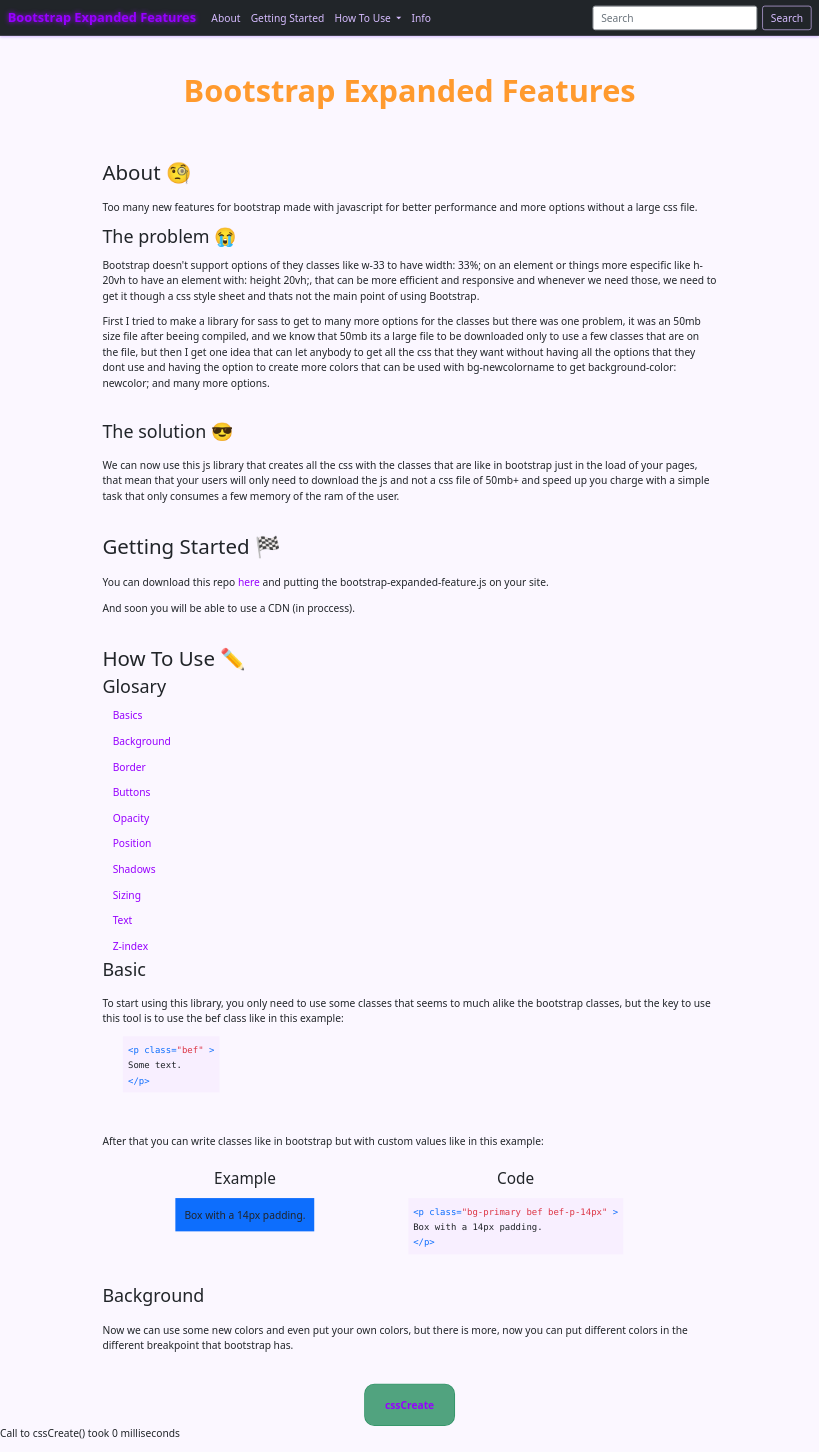
Repository: LynxPardelle/bootstrap-expanded-features
Page: index.html
An editor plug-in stored every save of this project. The page is shown before and after the next save, followed by the edit.
The browser window is 1280 px wide. The pictures show the whole page, at 64% of full size.

Above is the page before, as saved 2022-01-02 05:40:50.

### index.html
<!DOCTYPE html>
<html lang="es">
  <head>
    <meta charset="UTF-8" />
    <meta http-equiv="X-UA-Compatible" content="IE=edge" />
    <meta name="viewport" content="width=device-width, initial-scale=1.0" />
    <title>Bootstrap Expanded Features</title>
    <link
      href="https://cdn.jsdelivr.net/npm/bootstrap@5.1.3/dist/css/bootstrap.min.css"
      rel="stylesheet"
      integrity="sha384-1BmE4kWBq78iYhFldvKuhfTAU6auU8tT94WrHftjDbrCEXSU1oBoqyl2QvZ6jIW3"
      crossorigin="anonymous"
    />
    <link rel="stylesheet" href="./style.css" />
  </head>
  <body class="bef bef-bg-futurePop__OPA__0_03">
    <header>
      <nav
        class="
          navbar navbar-expand-lg navbar-dark
          bg-dark
          align-items-center
          bef
          bef-boxShadow-0px__2px__4px__lavender
          position-fixed
          top-0
          w-100
        "
      >
        <div class="container-fluid">
          <a
            class="
              navbar-brand
              bef bef-text-futurePop
              fw-bolder
              bef-textShadow-0px__0px__8px__futurePop
            "
            href="#"
            >Bootstrap Expanded Features</a
          >
          <button
            class="navbar-toggler"
            type="button"
            data-bs-toggle="collapse"
            data-bs-target="#navbarSupportedContent"
            aria-controls="navbarSupportedContent"
            aria-expanded="false"
            aria-label="Toggle navigation"
          >
            <span class="navbar-toggler-icon"></span>
          </button>
          <div class="collapse navbar-collapse" id="navbarSupportedContent">
            <ul class="navbar-nav me-auto mb-lg-0">
              <li class="nav-item">
                <a class="nav-link bef bef-text-lavender" href="#about"
                  >About</a
                >
              </li>
              <li class="nav-item">
                <a
                  class="nav-link bef bef-text-lavender"
                  href="#getting_started"
                  >Getting Started</a
                >
              </li>
              <li class="nav-item dropdown">
                <a
                  class="nav-link bef bef-text-lavender dropdown-toggle"
                  href="#howToUse"
                  id="navbarDropdown"
                  role="button"
                  data-bs-toggle="dropdown"
                  aria-expanded="false"
                >
                  How To Use
                </a>
                <ul
                  class="dropdown-menu dropdown-menu-dark"
                  aria-labelledby="navbarDropdown"
                >
                  <li>
                    <a class="dropdown-item bef bef-text-lavender" href="#"
                      >Action</a
                    >
                  </li>
                  <li>
                    <a class="dropdown-item bef bef-text-lavender" href="#"
                      >Another action</a
                    >
                  </li>
                  <li><hr class="dropdown-divider" /></li>
                  <li>
                    <a class="dropdown-item bef bef-text-lavender" href="#"
                      >Something else here</a
                    >
                  </li>
                </ul>
              </li>
              <li class="nav-item">
                <a class="nav-link bef bef-text-lavender" href="#Info">Info</a>
              </li>
            </ul>
            <form class="d-flex">
              <input
                id="searchInput"
                class="form-control me-2"
                type="search"
                placeholder="Search"
                aria-label="Search"
              />
              <button class="btn bef bef-btnOutline-lavender">Search</button>
            </form>
          </div>
        </div>
      </nav>

      <h1
        class="
          text-center
          d-block
          bef bef-w-85vw bef-w-md-75vw bef-fs-2rem bef-fs-md-3rem
          bef-m-7rem__auto__5rem
          bef-text-summer
          fw-bolder
        "
      >
        Bootstrap Expanded Features
      </h1>
    </header>

    <div>
      <main class="bef bef-w-85vw bef-wmx-1000px bef-w-md-75vw mx-auto">
        <!-- ABOUT -->
        <section>
          <a id="about"></a>
          <h2>About 🧐</h2>
          <article>
            <p class="mt-4 mb-3 text-start">
              Too many new features for bootstrap made with javascript for
              better performance and more options without a large css file.
            </p>
          </article>
          <!-- THE_PROBLEM -->
          <article>
            <h3>The problem 😭</h3>
            <p class="my-3 text-start">
              Bootstrap doesn't support options of they classes like w-33 to
              have width: 33%; on an element or things more especific like
              h-20vh to have an element with: height 20vh;, that can be more
              efficient and responsive and whenever we need those, we need to
              get it though a css style sheet and thats not the main point of
              using Bootstrap.
            </p>
            <p class="mt-3 mb-5 text-start">
              First I tried to make a library for sass to get to many more
              options for the classes but there was one problem, it was an 50mb
              size file after beeing compiled, and we know that 50mb its a large
              file to be downloaded only to use a few classes that are on the
              file, but then I get one idea that can let anybody to get all the
              css that they want without having all the options that they dont
              use and having the option to create more colors that can be used
              with bg-newcolorname to get background-color: newcolor; and many
              more options.
            </p>
          </article>
          <!-- THE_SOLUTION -->
          <article>
            <h3>The solution 😎</h3>
            <p class="mt-4 mb-5 text-start">
              We can now use this js library that creates all the css with the
              classes that are like in bootstrap just in the load of your pages,
              that mean that your users will only need to download the js and
              not a css file of 50mb+ and speed up you charge with a simple task
              that only consumes a few memory of the ram of the user.
            </p>
          </article>
        </section>
        <!-- GETTING_STARTED -->
        <section>
          <a id="getting_started"></a>
          <h2>Getting Started 🏁</h2>
          <article>
            <p class="mt-4 mb-3 text-start bef bef-link-futurePop">
              You can download this repo
              <a
                class="text-decoration-none"
                href="https://github.com/LynxPardelle/bootstrap-expanded-features.git"
                target="_blank"
                >here</a
              >
              and putting the bootstrap-expanded-feature.js on your site.
            </p>
            <p class="mt-3 mb-5 text-start bef bef-link-futurePop">
              And soon you will be able to use a CDN (in proccess).
            </p>
          </article>
        </section>
        <!-- HOW_TO_USE -->
        <section>
          <a id="howToUse"></a>
          <h2>How To Use ✏️</h2>
          <article>
            <h3>Glosary</h3>
            <ul class="nav flex-column bef bef-link-futurePop">
              <li class="nav-item">
                <a class="nav-link" href="#basicHTU">Basics</a>
              </li>
              <li class="nav-item">
                <a class="nav-link" href="#backgroundHTU">Background</a>
              </li>
              <li class="nav-item">
                <a class="nav-link" href="#borderHTU">Border</a>
              </li>
              <li class="nav-item">
                <a class="nav-link" href="#buttonsHTU">Buttons</a>
              </li>
              <li class="nav-item">
                <a class="nav-link" href="#opacityHTU">Opacity</a>
              </li>
              <li class="nav-item">
                <a class="nav-link" href="#positionHTU">Position</a>
              </li>
              <li class="nav-item">
                <a class="nav-link" href="#shadowsHTU">Shadows</a>
              </li>
              <li class="nav-item">
                <a class="nav-link" href="#sizingHTU">Sizing</a>
              </li>
              <li class="nav-item">
                <a class="nav-link" href="#textHTU">Text</a>
              </li>
              <li class="nav-item">
                <a class="nav-link" href="#zIndexHTU">Z-index</a>
              </li>
            </ul>
          </article>
          <!-- BASICHTU -->
          <article>
            <a id="basicHTU"></a>
            <h3>Basic</h3>
            <p class="mt-4 mb-3 text-start bef bef-link-futurePop">
              To start using this library, you only need to use some classes
              that seems to much alike the bootstrap classes, but the key to use
              this tool is to use the bef class like in this example:
            </p>
            <p class="d-inline-block p-2 bef bef-m-0rem__2rem__3rem__2rem bef-bg-futurePop__OPA__0_03">
              <code class="text-dark">
                <span class="text-primary">
                  &#60;p class=<span class="text-danger">"bef"</span> &#62;
                </span>
                <br />
                <span>
                  Some text.
                </span>
                <br />
                <span class="text-primary">
                  &#60;&#47;p&#62;
                </span>
              </code>
            </p>
            <p class="mt-3 mb-3 text-start bef bef-link-futurePop">
              After that you can write classes like in bootstrap but with custom values like in this example:
            </p>
            <div class="d-flex justify-content-evenly">
              <div>
                <h4 class="text-center my-3">Example</h4>
                <p class="bg-primary bef bef-p-14px">
                  Box with a 14px padding.
                </p>
              </div>
              <div>
                <h4 class="text-center my-3">Code</h4>
                <p class="d-inline-block p-2 bef bef-m-0rem__2rem__3rem__2rem bef-bg-futurePop__OPA__0_03">
                  <code class="text-dark">
                    <span class="text-primary">
                      &#60;p class=<span class="text-danger">"bg-primary bef bef-p-14px"</span> &#62;
                    </span>
                    <br />
                    <span>
                      Box with a 14px padding.
                    </span>
                    <br />
                    <span class="text-primary">
                      &#60;&#47;p&#62;
                    </span>
                  </code>
                </p>
              </div>

            </div>
          </article>
          <article>
            <a id="backgroundHTU"></a>
            <h3>Background</h3>
            <p class="mt-4 mb-5 text-start bef bef-link-futurePop">
              Now we can use some new colors and even put your own colors, but
              there is more, now you can put different colors in the different
              breakpoint that bootstrap has.
            </p>
          </article>
        </section>
      </main>
      <aside></aside>
    </div>

    <footer>
      <a id="#info"></a>
      <button
        class="
          btn
          bef
          bef-btn-success__OPA__0_75
          bef-text-futurePop
          fw-bold
          d-block
          mx-auto
          bef-p-1_25rem__2rem
          bef-rounded-1rem
        "
        onclick="cssCreate()"
      >
        cssCreate
      </button>

      <div id="befTimer"></div>
    </footer>

    <!-- TABS
      <nav>
              <div class="nav nav-tabs" id="nav-tab" role="tablist">
                <button
                  class="
                    nav-link
                    active
                    bef bef-text-futurePop bef-textHover-lavender
                    bef-bg-futurePop__OPA__0_03
                  "
                  id="nav-background-tab"
                  data-bs-toggle="tab"
                  data-bs-target="#nav-background"
                  type="button"
                  role="tab"
                  aria-controls="nav-background"
                  aria-selected="false"
                >
                  Background
                </button>
                <button
                  class="
                    nav-link
                    bef bef-text-dark bef-textHover-lavender
                    bef-bg-futurePop__OPA__0
                  "
                  id="nav-border-tab"
                  data-bs-toggle="tab"
                  data-bs-target="#nav-border"
                  type="button"
                  role="tab"
                  aria-controls="nav-border"
                  aria-selected="false"
                >
                  Border
                </button>
                <button
                  class="
                    nav-link
                    bef bef-text-dark bef-textHover-lavender
                    bef-bg-futurePop__OPA__0
                  "
                  id="nav-buttons-tab"
                  data-bs-toggle="tab"
                  data-bs-target="#nav-buttons"
                  type="button"
                  role="tab"
                  aria-controls="nav-buttons"
                  aria-selected="false"
                >
                  Buttons
                </button>
                <button
                  class="
                    nav-link
                    bef bef-text-dark bef-textHover-lavender
                    bef-bg-futurePop__OPA__0
                  "
                  id="nav-opacity-tab"
                  data-bs-toggle="tab"
                  data-bs-target="#nav-opacity"
                  type="button"
                  role="tab"
                  aria-controls="nav-opacity"
                  aria-selected="false"
                >
                  Opacity
                </button>
                <button
                  class="
                    nav-link
                    bef bef-text-dark bef-textHover-lavender
                    bef-bg-futurePop__OPA__0
                  "
                  id="nav-position-tab"
                  data-bs-toggle="tab"
                  data-bs-target="#nav-position"
                  type="button"
                  role="tab"
                  aria-controls="nav-position"
                  aria-selected="false"
                >
                  Position
                </button>
                <button
                  class="
                    nav-link
                    bef bef-text-dark bef-textHover-lavender
                    bef-bg-futurePop__OPA__0
                  "
                  id="nav-shadows-tab"
                  data-bs-toggle="tab"
                  data-bs-target="#nav-shadows"
                  type="button"
                  role="tab"
                  aria-controls="nav-shadows"
                  aria-selected="false"
                >
                  Shadows
                </button>
                <button
                  class="
                    nav-link
                    bef bef-text-dark bef-textHover-lavender
                    bef-bg-futurePop__OPA__0
                  "
                  id="nav-sizing-tab"
                  data-bs-toggle="tab"
                  data-bs-target="#nav-sizing"
                  type="button"
                  role="tab"
                  aria-controls="nav-sizing"
                  aria-selected="true"
                >
                  Sizing
                </button>
                <button
                  class="
                    nav-link
                    bef bef-text-dark bef-textHover-lavender
                    bef-bg-futurePop__OPA__0
                  "
                  id="nav-text-tab"
                  data-bs-toggle="tab"
                  data-bs-target="#nav-text"
                  type="button"
                  role="tab"
                  aria-controls="nav-text"
                  aria-selected="false"
                >
                  Text
                </button>
                <button
                  class="
                    nav-link
                    bef bef-text-dark bef-textHover-lavender
                    bef-bg-futurePop__OPA__0
                  "
                  id="nav-z-index-tab"
                  data-bs-toggle="tab"
                  data-bs-target="#nav-z-index"
                  type="button"
                  role="tab"
                  aria-controls="nav-z-index"
                  aria-selected="false"
                >
                  Z-index
                </button>
              </div>
            </nav>
            <div class="tab-content" id="nav-tabContent">
              <div
                class="tab-pane fade show active mt-3 mb-5"
                id="nav-background"
                role="tabpanel"
                aria-labelledby="nav-background-tab"
              >
                <h3 class="text-center">Background</h3>

                <p>
                  Now we can use some new colors and even put your own colors,
                  but there is more, now you can put diferent colors in the
                  diferent breakpoint that bootstrap has.
                </p>
              </div>
              <div
                class="tab-pane fade"
                id="nav-border"
                role="tabpanel"
                aria-labelledby="nav-border-tab"
              >
                Border
              </div>
              <div
                class="tab-pane fade"
                id="nav-buttons"
                role="tabpanel"
                aria-labelledby="nav-buttons-tab"
              >
                Buttons
              </div>
              <div
                class="tab-pane fade"
                id="nav-opacity"
                role="tabpanel"
                aria-labelledby="nav-opacity-tab"
              >
                Opacity
              </div>
              <div
                class="tab-pane fade"
                id="nav-position"
                role="tabpanel"
                aria-labelledby="nav-position-tab"
              >
                Position
              </div>
              <div
                class="tab-pane fade"
                id="nav-shadows"
                role="tabpanel"
                aria-labelledby="nav-shadows-tab"
              >
                Shadows
              </div>
              <div
                class="tab-pane fade"
                id="nav-sizing"
                role="tabpanel"
                aria-labelledby="nav-sizing-tab"
              >
                Sizing
              </div>
              <div
                class="tab-pane fade"
                id="nav-text"
                role="tabpanel"
                aria-labelledby="nav-text-tab"
              >
                Text
              </div>
              <div
                class="tab-pane fade"
                id="nav-z-index"
                role="tabpanel"
                aria-labelledby="nav-z-index-tab"
              >
                Z-Index
              </div>
            </div>
-->

    <!--
Classes:
w width
h height
wmx max-width
hmx max-height
wmn min-width
hmn min-height
rounded border-radius
z z-index
opacity opacity
top top
bottom bottom
end left
start right
fs font-size
lh line-height
gap gap
p padding
m margin
border border-width
borderStyle border-style

bg background-color
text color
link a color
borderColor border-color
btn background-color border-color box-shadow
btnOutline border-color box-shadow
boxShadow box-shadow
textShadow text-shadow

Sides:
s left
e right
t top
b bottom
x left & right
y top & bottom

BreakPoints:
sm 576
md 768
lg 992
xl 1200
xxl 1400
-->
    <script
      src="https://cdn.jsdelivr.net/npm/bootstrap@5.1.3/dist/js/bootstrap.bundle.min.js"
      integrity="sha384-ka7Sk0Gln4gmtz2MlQnikT1wXgYsOg+OMhuP+IlRH9sENBO0LRn5q+8nbTov4+1p"
      crossorigin="anonymous"
    ></script>
    <script>
      var colors = {
        monster: "#00AA00",
        futurePop: "#9700FF",
      };
    </script>
    <script src="./bootstrap-expanded-features.js"></script>
    <script src="./bef-example-page.js"></script>
  </body>
</html>

### bef-example-page.js
"use strict";
var tabBackground = bootstrap.Tab.getOrCreateInstance(
  document.getElementById("nav-background")
); // Returns a Bootstrap tab instance
var tabButtonBackground = document.getElementById("nav-background-tab");
var tabBorder = bootstrap.Tab.getOrCreateInstance(
  document.getElementById("nav-border")
); // Returns a Bootstrap tab instance
var tabButtonBorder = document.getElementById("nav-border-tab");
var tabButtons = bootstrap.Tab.getOrCreateInstance(
  document.getElementById("nav-buttons")
); // Returns a Bootstrap tab instance
var tabButtonButtons = document.getElementById("nav-buttons-tab");
var tabOpacity = bootstrap.Tab.getOrCreateInstance(
  document.getElementById("nav-opacity")
); // Returns a Bootstrap tab instance
var tabButtonOpacity = document.getElementById("nav-opacity-tab");
var tabPosition = bootstrap.Tab.getOrCreateInstance(
  document.getElementById("nav-position")
); // Returns a Bootstrap tab instance
var tabButtonPosition = document.getElementById("nav-position-tab");
var tabShadows = bootstrap.Tab.getOrCreateInstance(
  document.getElementById("nav-shadows")
); // Returns a Bootstrap tab instance
var tabButtonShadows = document.getElementById("nav-shadows-tab");
var tabSizing = bootstrap.Tab.getOrCreateInstance(
  document.getElementById("nav-sizing")
); // Returns a Bootstrap tab instance
var tabButtonSizing = document.getElementById("nav-sizing-tab");
var tabText = bootstrap.Tab.getOrCreateInstance(
  document.getElementById("nav-text")
); // Returns a Bootstrap tab instance
var tabButtonText = document.getElementById("nav-text-tab");
var tabZIndex = bootstrap.Tab.getOrCreateInstance(
  document.getElementById("nav-z-index")
); // Returns a Bootstrap tab instance
var tabButtonZIndex = document.getElementById("nav-z-index-tab");

var tabEls = document.querySelectorAll('button[data-bs-toggle="tab"]');
for (let tabEl of tabEls) {
  console.log(tabEl);
  tabEl.addEventListener("shown.bs.tab", function (event) {
    // newly activated tab
    event.target;
    if (event.target.classList.contains("bef-text-dark")) {
      event.target.classList.remove("bef-text-dark");
    }
    if (event.target.classList.contains("bef-bg-futurePop__OPA__0")) {
      event.target.classList.remove("bef-bg-futurePop__OPA__0");
    }
    event.target.classList.add("bef-text-futurePop");
    event.target.classList.add("bef-bg-futurePop__OPA__0_03");
    // previous active tab
    event.relatedTarget;
    if (event.target.classList.contains("bef-text-futurePop")) {
      event.relatedTarget.classList.remove("bef-text-futurePop");
    }
    if (event.target.classList.contains("bef-bg-futurePop__OPA__0_03")) {
      event.relatedTarget.classList.remove("bef-bg-futurePop__OPA__0_03");
    }
    event.relatedTarget.classList.add("bef-text-dark");
    event.relatedTarget.classList.add("bef-bg-futurePop__OPA__0");
  });
}

Loaded but not shown: bootstrap-expanded-features.js (library); style.css (no stored copy; drawn as an empty file)

After the next save:
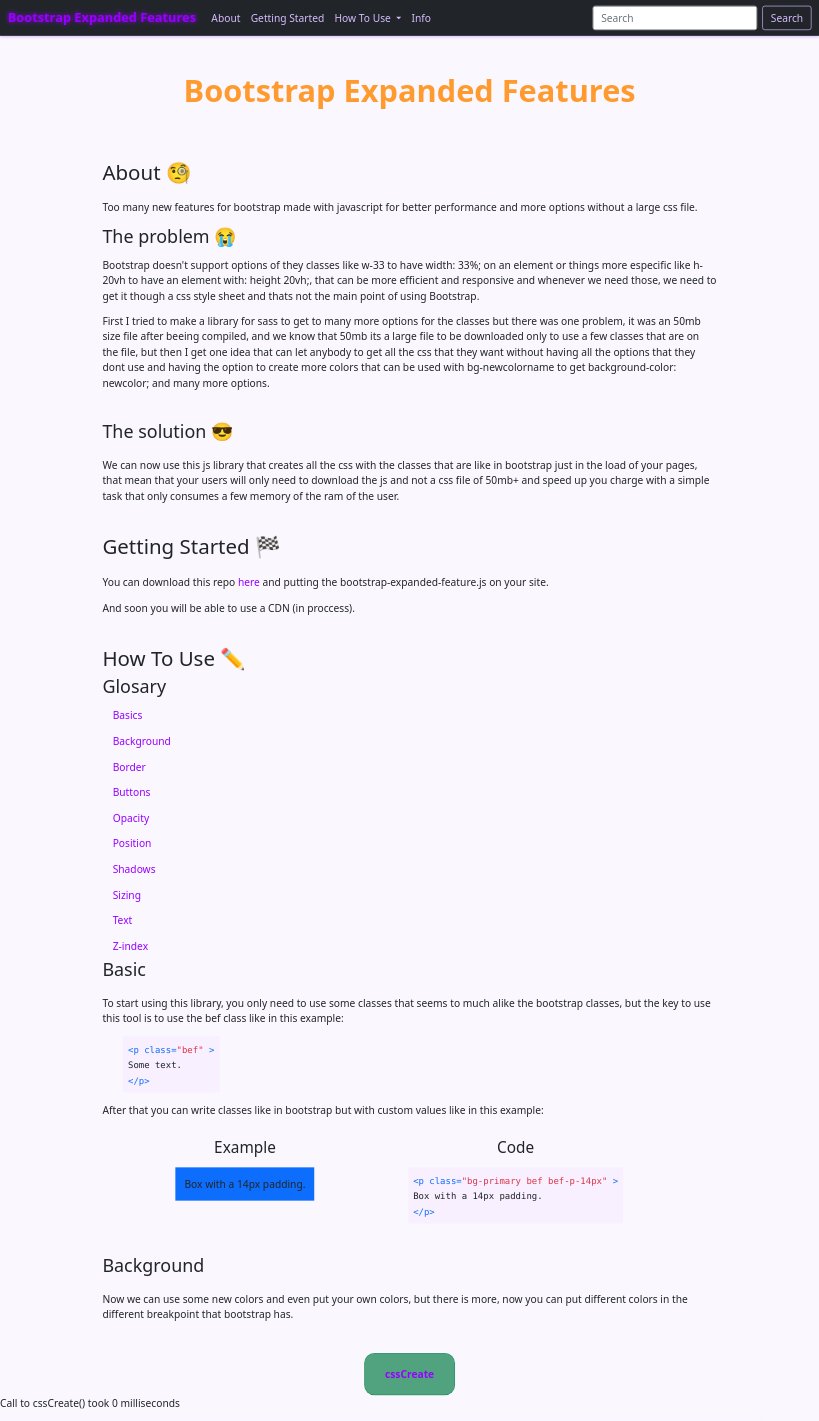
Saved 18 s later.
--- a/index.html
+++ b/index.html
@@ -243,7 +243,7 @@
               that seems to much alike the bootstrap classes, but the key to use
               this tool is to use the bef class like in this example:
             </p>
-            <p class="d-inline-block p-2 bef bef-m-0rem__2rem__3rem__2rem bef-bg-futurePop__OPA__0_03">
+            <p class="d-inline-block p-2 bef bef-m-0rem__2rem__0rem__2rem bef-bg-futurePop__OPA__0_03">
               <code class="text-dark">
                 <span class="text-primary">
                   &#60;p class=<span class="text-danger">"bef"</span> &#62;
